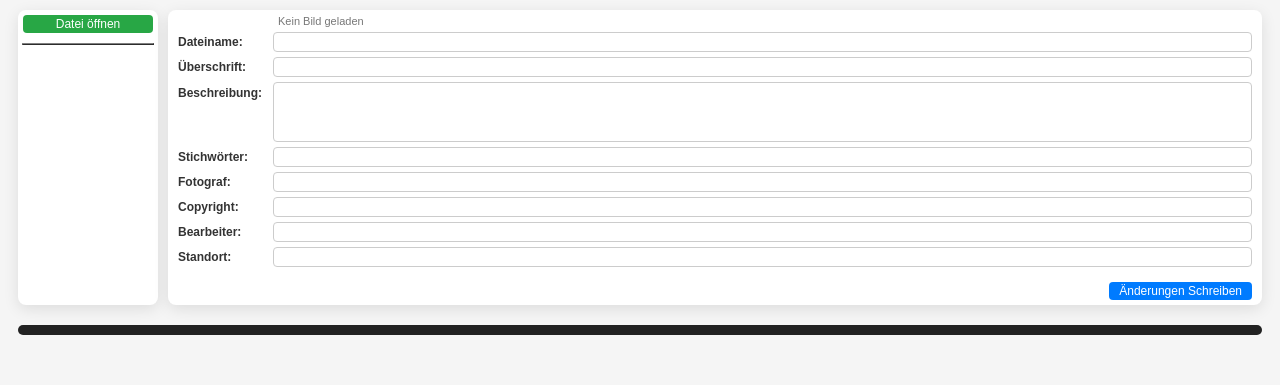
Repository: h-fahle/metadata
Page: ui/index.html
These files come from the project's save history. The page is drawn as it stood at one moment and after the next save; the edit follows.
The browser window is 1280 px wide. The pictures show the whole page.

Above is the page before, as saved 2026-08-17 11:22:26.

After the next save:
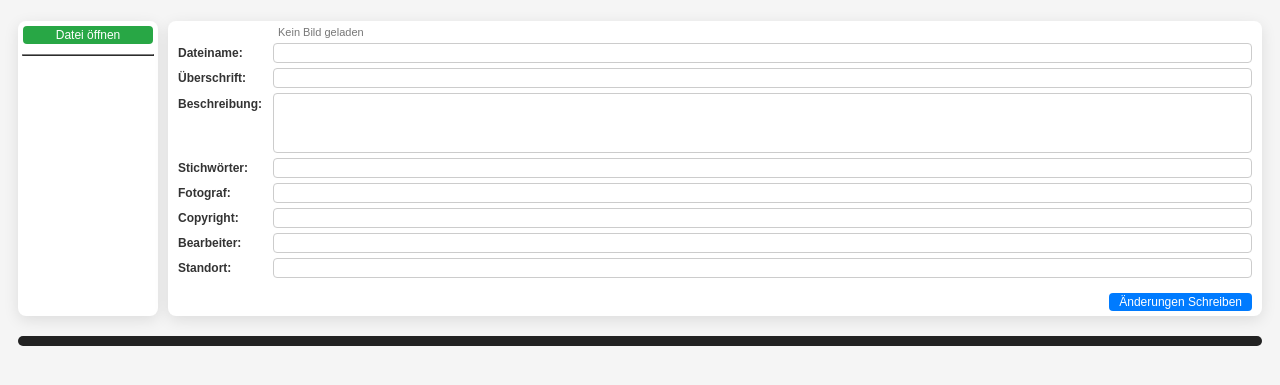
Saved 12 s later.
--- a/ui/style.css
+++ b/ui/style.css
@@ -1,7 +1,7 @@
 body {
 	font-family: sans-serif;
 	font-size:12px;
-	padding: 0px 10px;
+	padding: 3px 10px;
 	background: #f5f5f5;
 }
 
